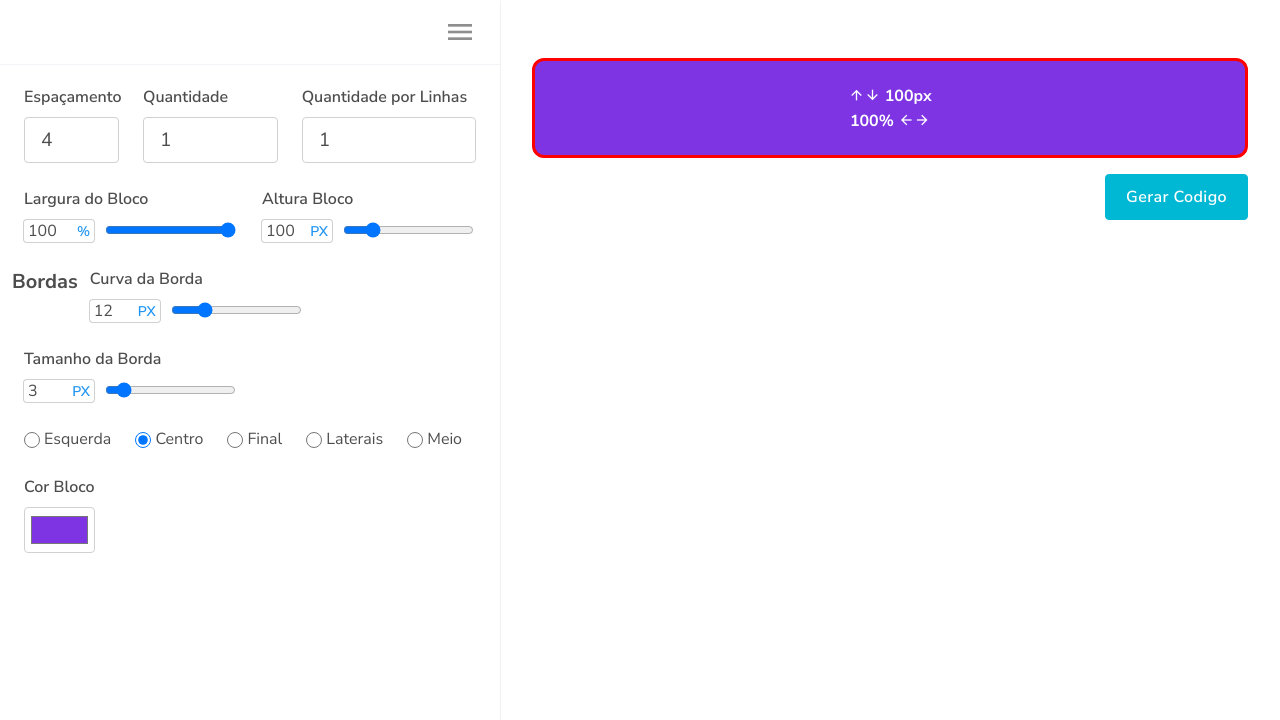
Repository: Flintdl/lowcode-elements
Page: /
An editor plug-in stored every save of this project. The page is shown before and after the next save, followed by the edit.
The browser window is 1280 px wide. The pictures show the whole page.
The project was rebuilt for these pictures with package versions that can differ from the ones it lists, and the page was loaded fresh each time. Also part of the build but not shown: vue.config.js.

Above is the page before, as saved 2022-04-05 14:45:40.

After the next save:
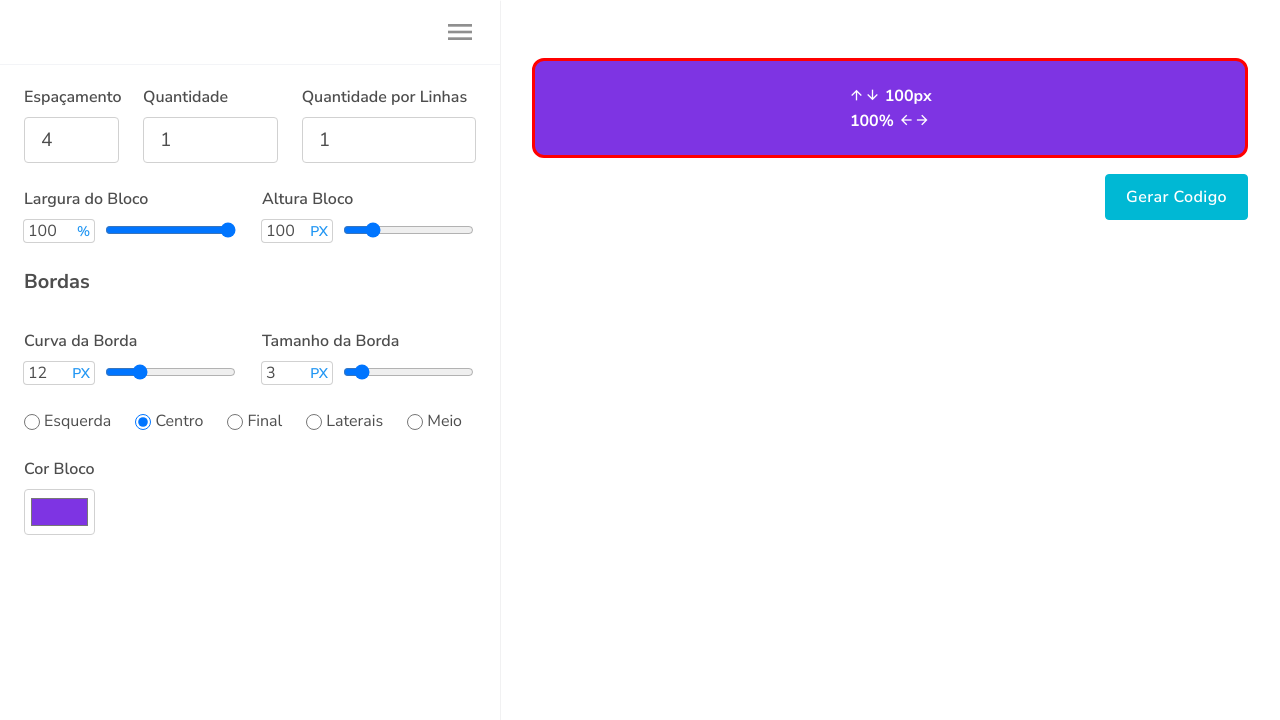
Saved 20 s later.
--- a/src/components/Menu/MenuTemplate.vue
+++ b/src/components/Menu/MenuTemplate.vue
@@ -43,7 +43,9 @@
               />
             </div>
             <div class="sf-row">
-              <h3>Bordas</h3>
+              <div class="sf-col-12 sf-form-group">
+                <h3>Bordas</h3>
+              </div>
               <InputBorderRadiusBloco
                 :valorInput="inputBorderRadius"
                 v-on:callback="getValorRadiusBloco"
